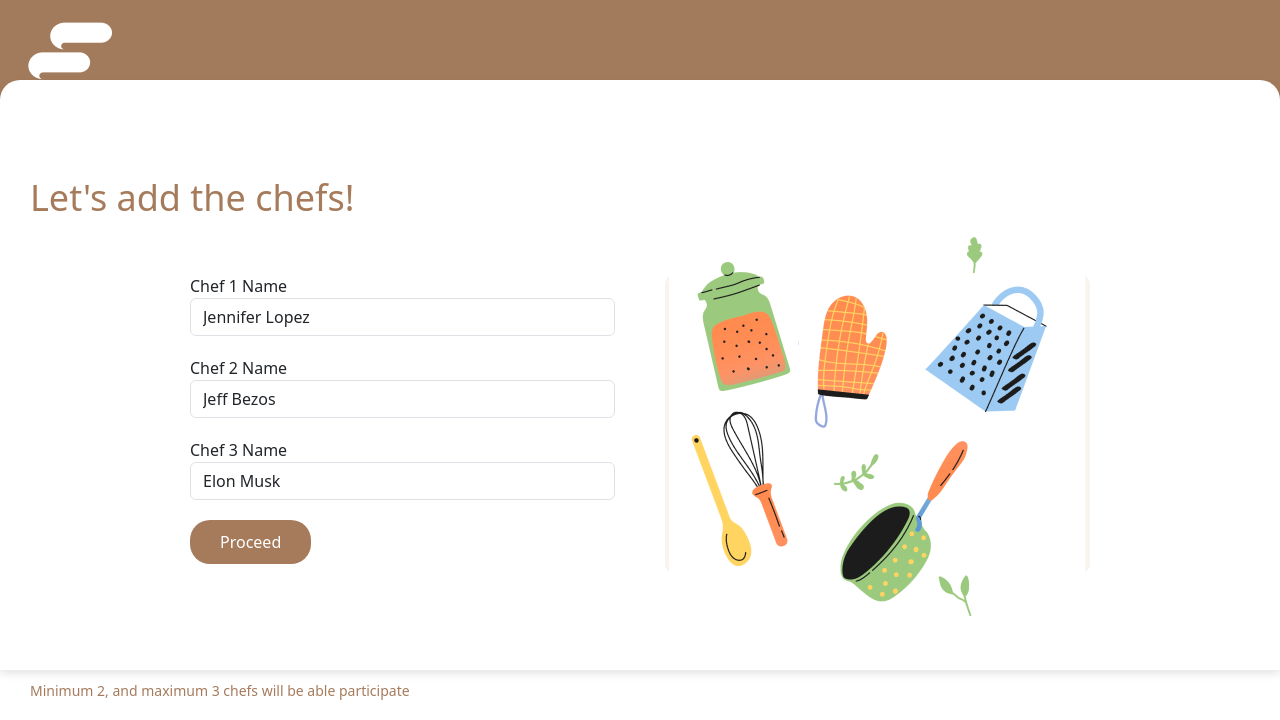
Repository: devashrisamani/SMC
Page: addchefs.html
The author's editor kept a copy of each file at every save. The page is drawn from the files as they stood at one save, then again after the next save.
The browser window is 1280 px wide. The pictures show the whole page.

Above is the page before, as saved 2024-10-14 11:16:34.

After the next save:
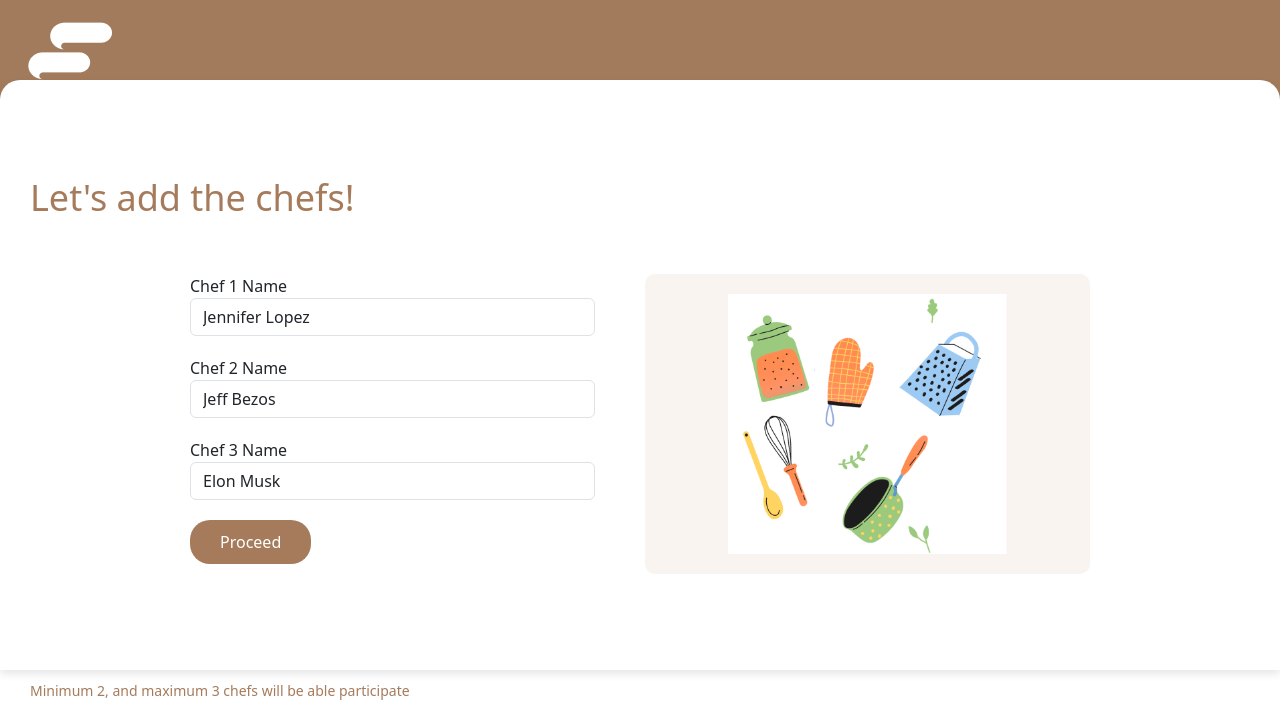
Saved 65 s later.
--- a/addchefs.html
+++ b/addchefs.html
@@ -66,6 +66,14 @@
         align-items: center;
         height: 300px;
         border-radius: 10px;
+        overflow: hidden; /* Ensures image doesn't overflow */
+        padding: 20px; /* Optional padding around the image */
+      }
+
+      .image-column img {
+        max-width: 100%; /* Make the image responsive */
+        max-height: 100%; /* Prevents overflow of image */
+        object-fit: cover; /* Ensures the image scales nicely */
       }
 
       /* Proceed button styles */
@@ -149,7 +157,7 @@
           </form>
         </div>
 
-        <!-- Image placeholder section -->
+        <!-- Image section -->
         <div class="image-column">
           <img
             src="images/Adding Chefs PNGs.png"
